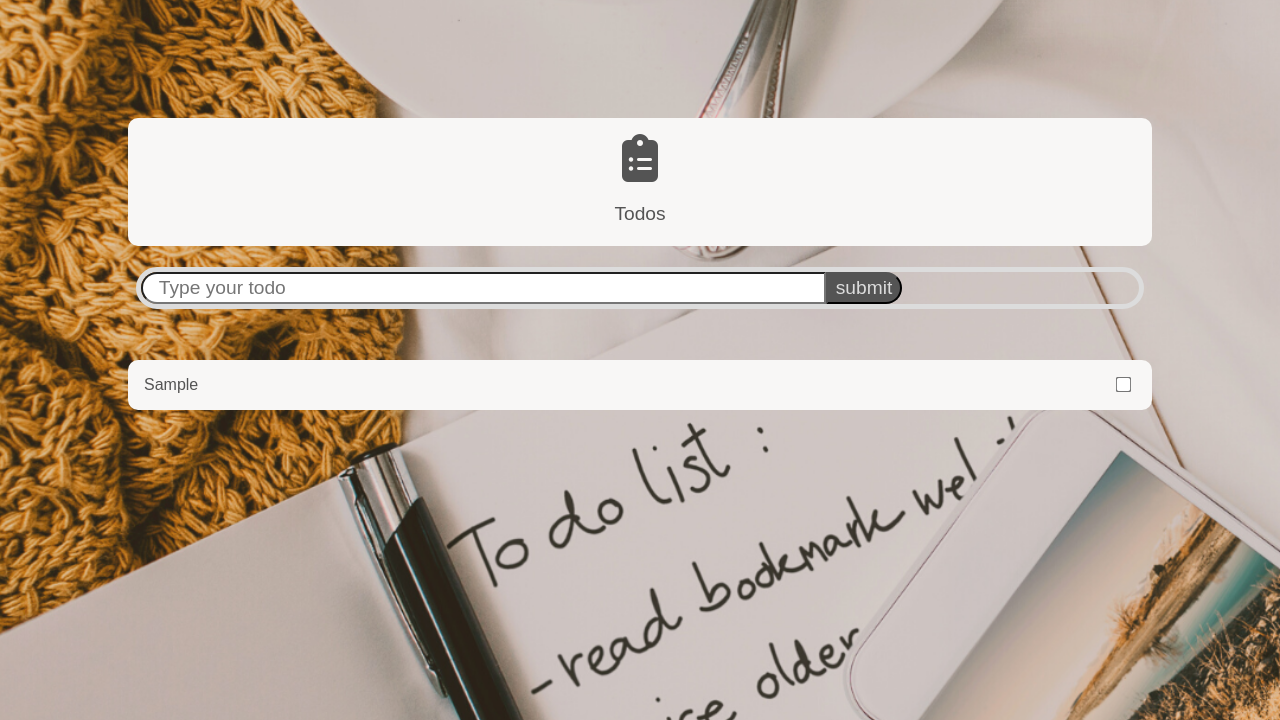
Repository: ShindanoSingi/My-Channel-Videos
Page: index.html
These files come from the project's save history. The page is drawn as it stood at one moment and after a run of saves; the edit follows.
The browser window is 1280 px wide. The pictures show the whole page.
Empty fields were first filled with sample values (such as "Sample", 5 or name@example.com).
After loading, the first visible `#submit-button` was clicked once.

Above is the page before, as saved 2023-07-18 00:29:10.
Console error: TypeError: Cannot read properties of null (reading 'addEventListener')

After the next 2 saves:
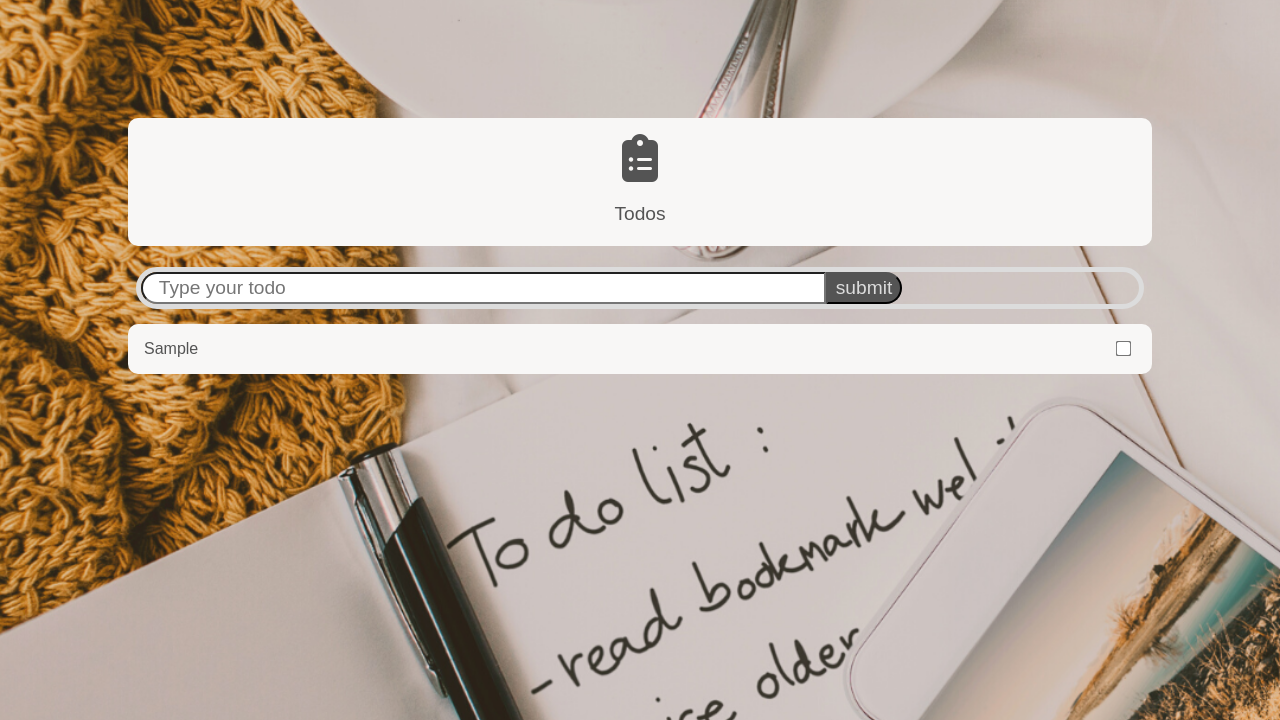
The 2 saves are shown as one change because they came seconds apart.
The last was saved 11 s later.
--- a/style.css
+++ b/style.css
@@ -131,7 +131,7 @@ div.text{
     overflow-y: scroll;
     padding-bottom: 2%;
     position: absolute;
-    top: 50%;
+    top: 45%;
 }
 
 .container{
